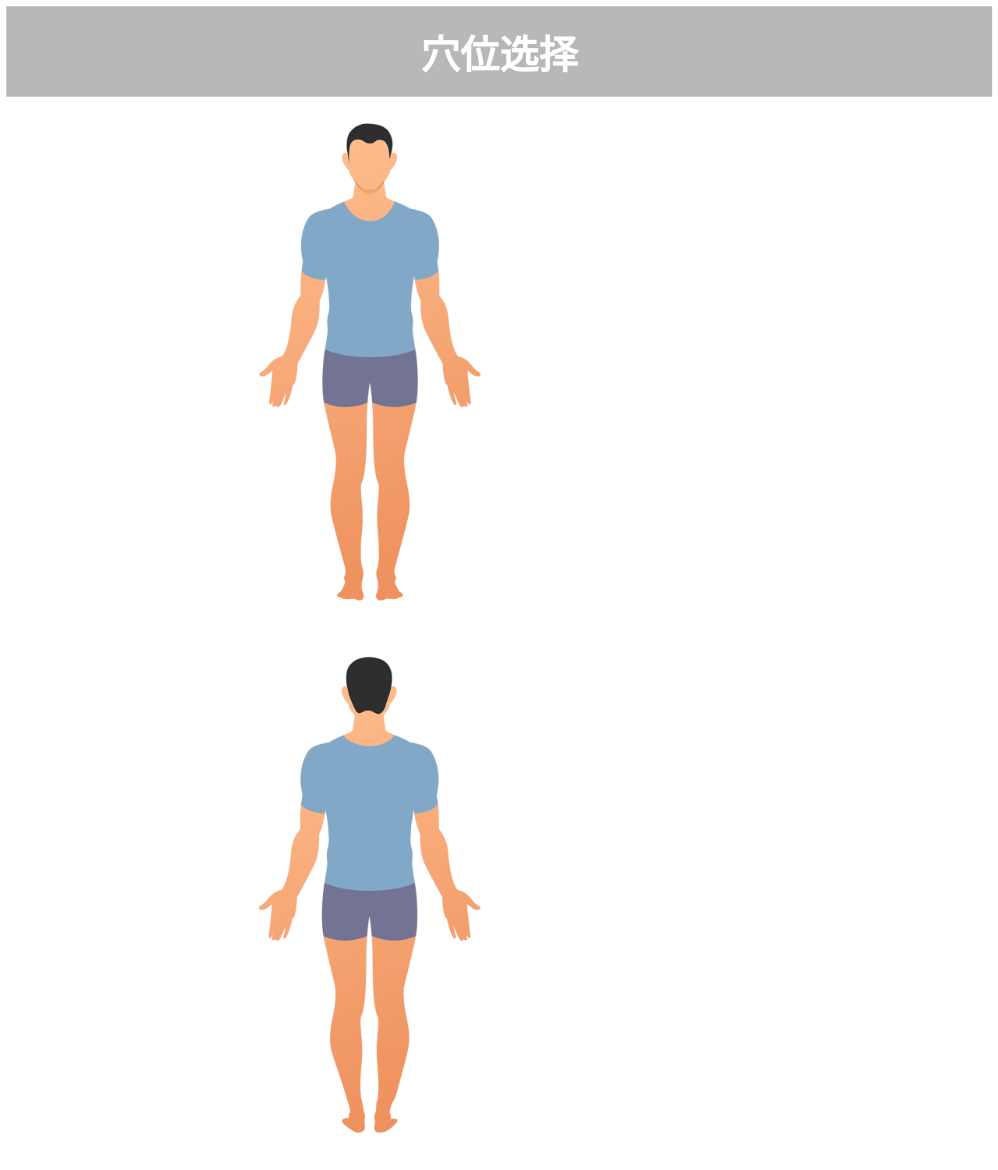
Repository: chjyume/zhongyi
Page: xuewei.html
An editor plug-in stored every save of this project. The page is shown before and after the next save, followed by the edit.
The browser window is 1280 px wide. The pictures show the whole page, at 78% of full size.

Above is the page before, as saved 2023-09-12 18:56:22.

After the next save:
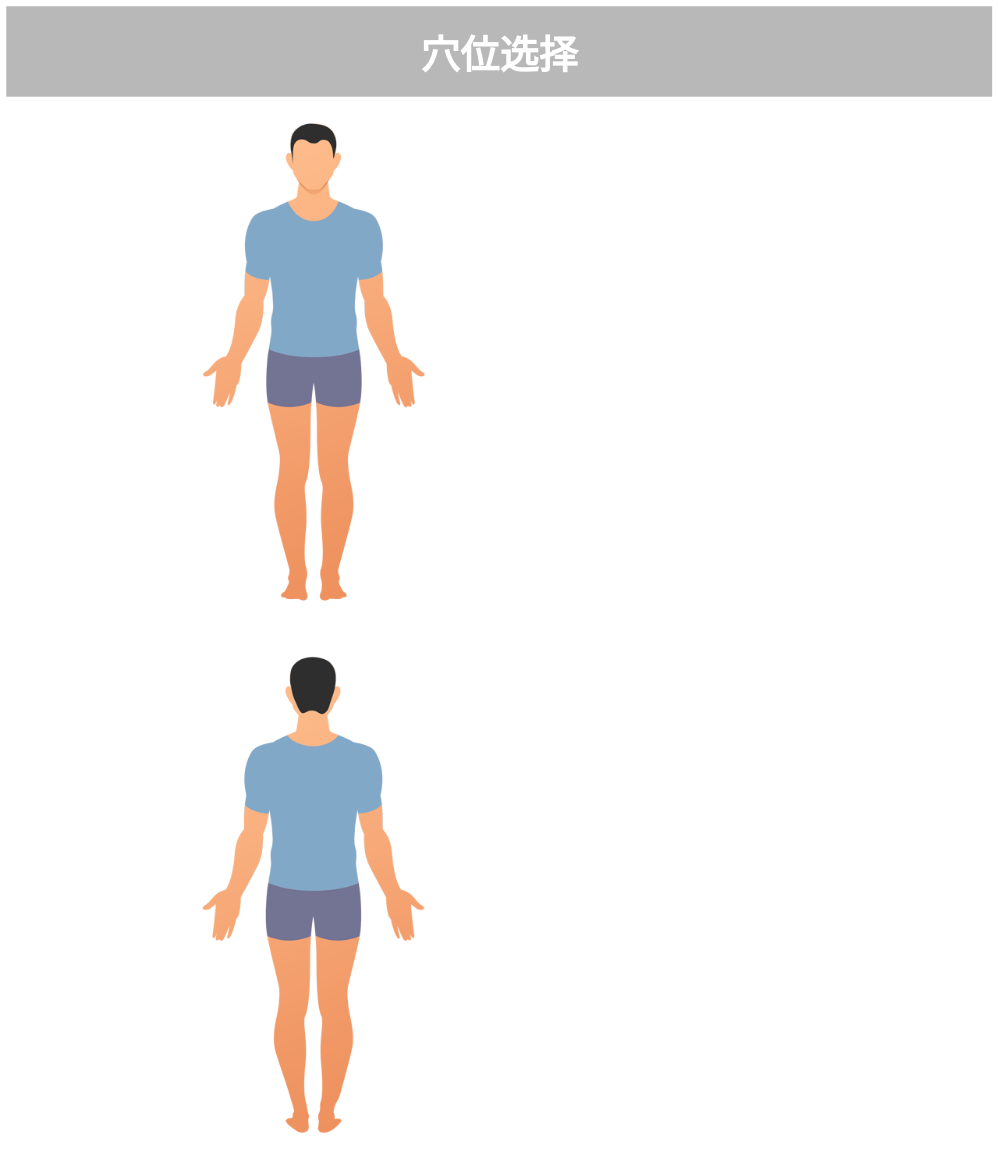
Saved 4 s later.
--- a/css/xuewei.css
+++ b/css/xuewei.css
@@ -14,5 +14,5 @@ font-size: 7vh;
 margin: 0;
 }
 img{
-    margin-left:30vh ;
+    margin-left:20vh ;
 }
